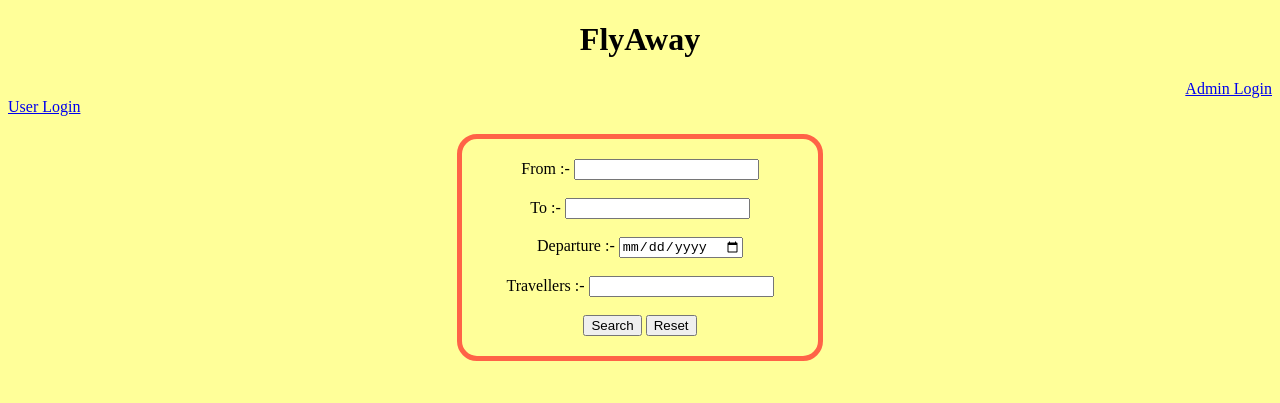
Repository: badrilogaram/Phase-two-project
Page: http://localhost/FlyAway-master/HomePage.jsp
The author's editor kept a copy of each file at every save. The page is drawn from the files as they stood at one save, then again after the next save.
The browser window is 1280 px wide. The pictures show the whole page.
The page is served by Tomcat 9.

Above is the page before, as saved 2021-05-27 22:47:37.

After the next save:
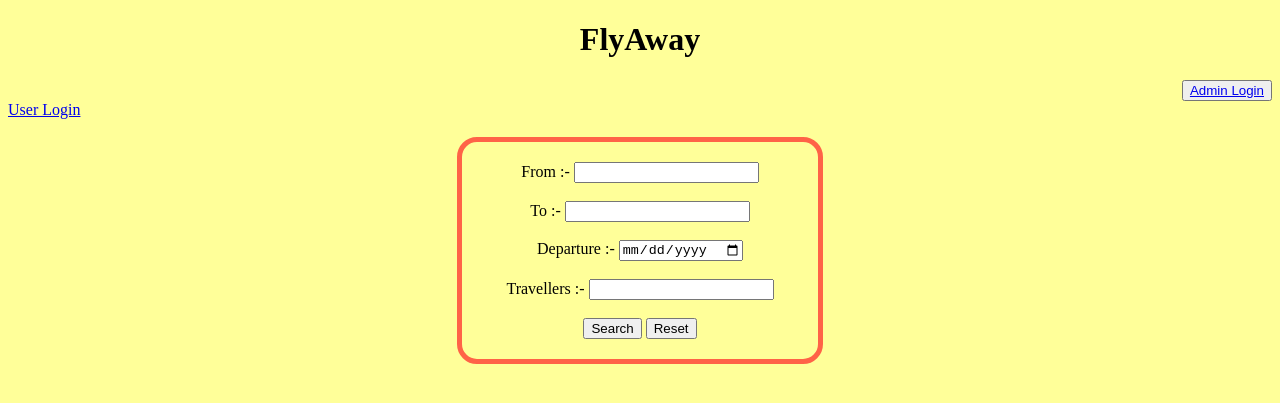
Saved 2 min 50 s later.
--- a/FlyAway-master/src/main/webapp/HomePage.jsp
+++ b/FlyAway-master/src/main/webapp/HomePage.jsp
@@ -11,7 +11,7 @@
 <h1><center>FlyAway</center></h1>
 
 <div align="right">
-<a href="AdminPage.jsp">Admin Login</a>
+<button><a href="AdminPage.jsp">Admin Login</a> </button>
 </div>
 
 <%
